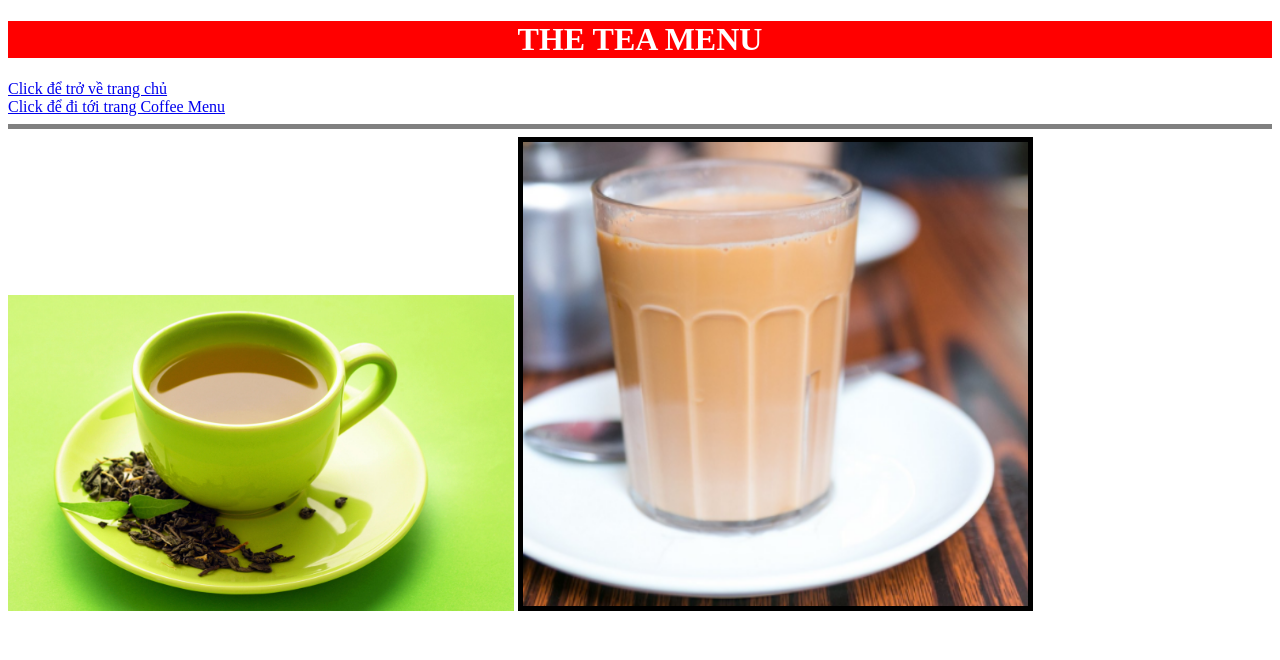
Repository: giahuy405/HomeWork_Coffee
Page: tea.html
The author's editor kept a copy of each file at every save. The page is drawn from the files as they stood at one save, then again after the next save.
The browser window is 1280 px wide. The pictures show the whole page.

Above is the page before, as saved 2022-09-07 01:30:29.

After the next save:
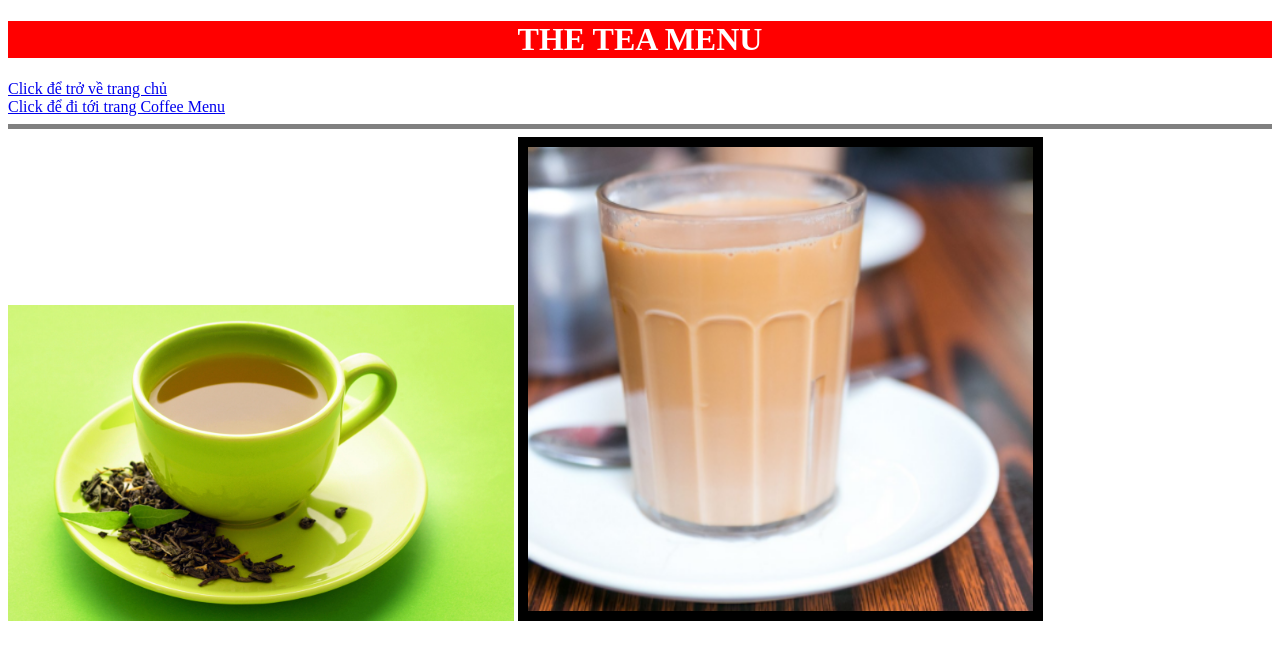
Saved 4 s later.
--- a/tea.html
+++ b/tea.html
@@ -17,7 +17,7 @@
     </header>
     <div class="intro-img">
         <img style="width:40%" src="./img/Green-Tea.jpg" alt="">
-        <img style="width:40%;border: 5px solid black;" src="./img/milktea.png" alt="">
+        <img style="width:40%;border: 10px solid black;" src="./img/milktea.png" alt="">
     </div>
 </body>
 </html>
